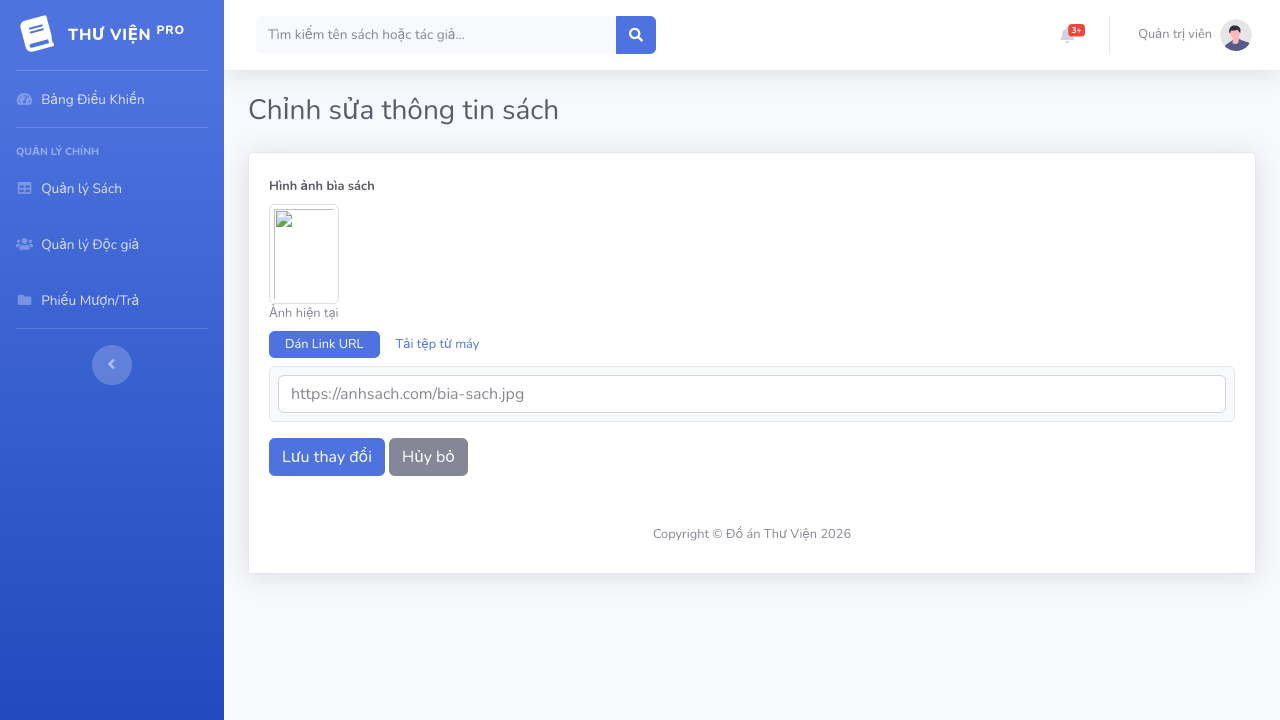
Repository: anhduong030409/LibraryManagement
Page: http://localhost/LibraryManagement/loadBook
The author's editor kept a copy of each file at every save. The page is drawn from the files as they stood at one save, then again after the next save.
The browser window is 1280 px wide. The pictures show the whole page.
The page is served by Tomcat 9. The database holds what the project's SQL file puts in it.

Above is the page before, as saved 2026-03-18 07:37:13.

After the next save:
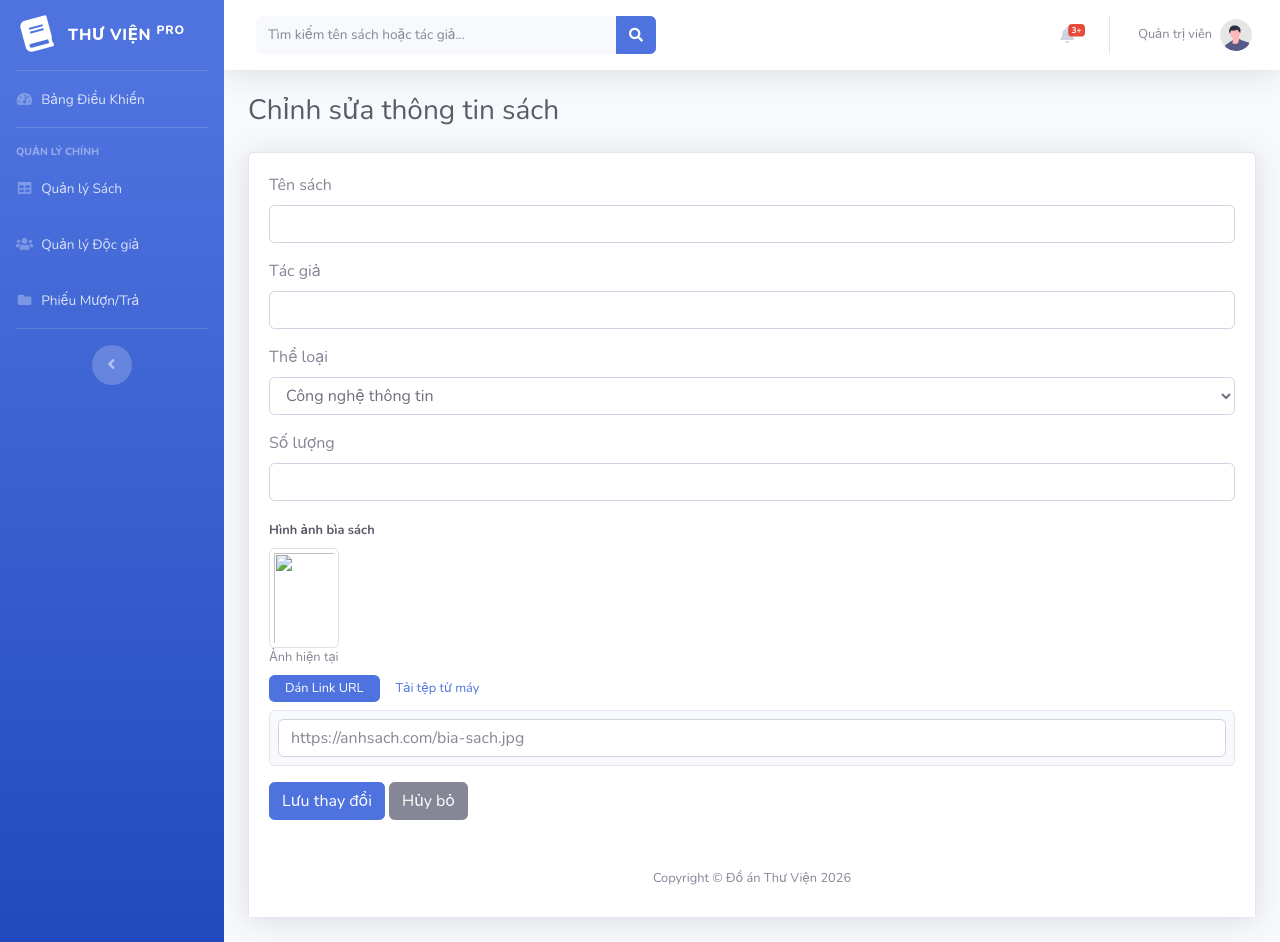
Saved 77 s later.
--- a/LibraryManagement/src/main/webapp/Edit.jsp
+++ b/LibraryManagement/src/main/webapp/Edit.jsp
@@ -34,56 +34,114 @@
 					<h1 class="h3 mb-4 text-gray-800">Chỉnh sửa thông tin sách</h1>
 					<div class="card shadow mb-4">
 						<div class="card-body">
-							<form action="${pageContext.request.contextPath}/edit"
-								method="post" enctype="multipart/form-data">
+							<form action="${pageContext.request.contextPath}/edit" method="post">
 								<input name="id" value="${st.id}" type="hidden">
 
+								<div class="form-group">
+									<label>Tên sách</label> <input name="title" value="${st.title}"
+										type="text" class="form-control" required>
+								</div>
+								<div class="form-group">
+									<label>Tác giả</label> <input name="author"
+										value="${st.author}" type="text" class="form-control" required>
+								</div>
+								<div class="form-group">
+									<label>Thể loại</label> <select name="category"
+										class="form-control" required>
+										<option value="" disabled>Chọn thể loại</option>
+
+										<optgroup label="Khoa học & Công nghệ">
+											<option value="Công nghệ thông tin"
+												${st.category == 'Công nghệ thông tin' ? 'selected' : ''}>Công
+												nghệ thông tin</option>
+											<option value="Khoa học tự nhiên"
+												${st.category == 'Khoa học tự nhiên' ? 'selected' : ''}>Khoa
+												học tự nhiên</option>
+											<option value="Trí tuệ nhân tạo"
+												${st.category == 'Trí tuệ nhân tạo' ? 'selected' : ''}>Trí
+												tuệ nhân tạo</option>
+										</optgroup>
+
+										<optgroup label="Kinh tế & Kỹ năng">
+											<option value="Kinh tế - Tài chính"
+												${st.category == 'Kinh tế - Tài chính' ? 'selected' : ''}>Kinh
+												tế - Tài chính</option>
+											<option value="Quản trị kinh doanh"
+												${st.category == 'Quản trị kinh doanh' ? 'selected' : ''}>Quản
+												trị kinh doanh</option>
+											<option value="Kỹ năng sống (Self-help)"
+												${st.category == 'Kỹ năng sống (Self-help)' ? 'selected' : ''}>Kỹ
+												năng sống (Self-help)</option>
+										</optgroup>
+
+										<optgroup label="Văn hóa - Nghệ thuật">
+											<option value="Văn học trong nước"
+												${st.category == 'Văn học trong nước' ? 'selected' : ''}>Văn
+												học trong nước</option>
+											<option value="Văn học nước ngoài"
+												${st.category == 'Văn học nước ngoài' ? 'selected' : ''}>Văn
+												học nước ngoài</option>
+											<option value="Lịch sử - Triết học"
+												${st.category == 'Lịch sử - Triết học' ? 'selected' : ''}>Lịch
+												sử - Triết học</option>
+											<option value="Nghệ thuật - Hội họa"
+												${st.category == 'Nghệ thuật - Hội họa' ? 'selected' : ''}>Nghệ
+												thuật - Hội họa</option>
+										</optgroup>
+
+										<optgroup label="Khác">
+											<option value="Ngoại ngữ"
+												${st.category == 'Ngoại ngữ' ? 'selected' : ''}>Ngoại
+												ngữ</option>
+											<option value="Tạp chí / Truyện tranh"
+												${st.category == 'Tạp chí / Truyện tranh' ? 'selected' : ''}>Tạp
+												chí / Truyện tranh</option>
+											<option value="Sách giáo khoa"
+												${st.category == 'Sách giáo khoa' ? 'selected' : ''}>Sách
+												giáo khoa</option>
+										</optgroup>
+									</select>
+								</div>
+								<div class="form-group">
+									<label>Số lượng</label> <input name="quantity"
+										value="${st.quantity}" type="number" class="form-control"
+										required>
+								</div>
 								<div class="form-group mb-3">
-									<label class="small font-weight-bold text-dark">Hình
-										ảnh bìa sách</label>
+        <label class="small font-weight-bold text-dark">Hình ảnh bìa sách</label>
 
-									<div class="mb-2">
-										<img src="${st.image}"
-											style="width: 70px; height: 100px; object-fit: cover;"
-											class="img-thumbnail"> <small
-											class="text-muted d-block">Ảnh hiện tại</small>
-									</div>
+        <div class="mb-2">
+            <img src="${st.image}" style="width: 70px; height: 100px; object-fit: cover;" class="img-thumbnail">
+            <small class="text-muted d-block">Ảnh hiện tại</small>
+        </div>
 
-									<ul class="nav nav-pills mb-2" id="imageMethodTab"
-										role="tablist">
-										<li class="nav-item"><a
-											class="nav-link active py-1 px-3 small" id="url-tab"
-											data-toggle="pill" href="#urlInput" role="tab">Dán Link
-												URL</a></li>
-										<li class="nav-item"><a class="nav-link py-1 px-3 small"
-											id="file-tab" data-toggle="pill" href="#fileInput" role="tab">Tải
-												tệp từ máy</a></li>
-									</ul>
+        <ul class="nav nav-pills mb-2" id="imageMethodTab" role="tablist">
+            <li class="nav-item">
+                <a class="nav-link active py-1 px-3 small" id="url-tab" data-toggle="pill" href="#urlInput" role="tab">Dán Link URL</a>
+            </li>
+            <li class="nav-item">
+                <a class="nav-link py-1 px-3 small" id="file-tab" data-toggle="pill" href="#fileInput" role="tab">Tải tệp từ máy</a>
+            </li>
+        </ul>
 
-									<div class="tab-content border p-2 rounded bg-light">
-										<div class="tab-pane fade show active" id="urlInput"
-											role="tabpanel">
-											<input name="image_url" type="text" class="form-control"
-												value="${st.image}"
-												placeholder="https://anhsach.com/bia-sach.jpg">
-										</div>
+        <div class="tab-content border p-2 rounded bg-light">
+            <div class="tab-pane fade show active" id="urlInput" role="tabpanel">
+                <input name="image_url" type="text" class="form-control" value="${st.image}" placeholder="https://anhsach.com/bia-sach.jpg">
+            </div>
 
-										<div class="tab-pane fade" id="fileInput" role="tabpanel">
-											<div class="custom-file">
-												<input name="image_file" type="file"
-													class="custom-file-input" id="customFile" accept="image/*">
-												<label class="custom-file-label" for="customFile">Chọn
-													ảnh mới...</label>
-											</div>
-										</div>
-									</div>
-								</div>
+            <div class="tab-pane fade" id="fileInput" role="tabpanel">
+                <div class="custom-file">
+                    <input name="image_file" type="file" class="custom-file-input" id="customFile" accept="image/*">
+                    <label class="custom-file-label" for="customFile">Chọn ảnh mới...</label>
+                </div>
+            </div>
+        </div>
+    </div>
 
 								<button type="submit" class="btn btn-primary">Lưu thay
 									đổi</button>
 								<a href="books" class="btn btn-secondary">Hủy bỏ</a>
 							</form>
-
 						</div>
 						<jsp:include page="footer.jsp"></jsp:include>
 					</div>
@@ -99,15 +157,5 @@
 					src="${pageContext.request.contextPath}/vendor/datatables/jquery.dataTables.min.js"></script>
 				<script
 					src="${pageContext.request.contextPath}/vendor/datatables/dataTables.bootstrap4.min.js"></script>
-
-				<script>
-					$('.custom-file-input').on(
-							'change',
-							function() {
-								var fileName = $(this).val().split('\\').pop();
-								$(this).next('.custom-file-label').addClass(
-										"selected").html(fileName);
-							});
-				</script>
 </body>
 </html>
